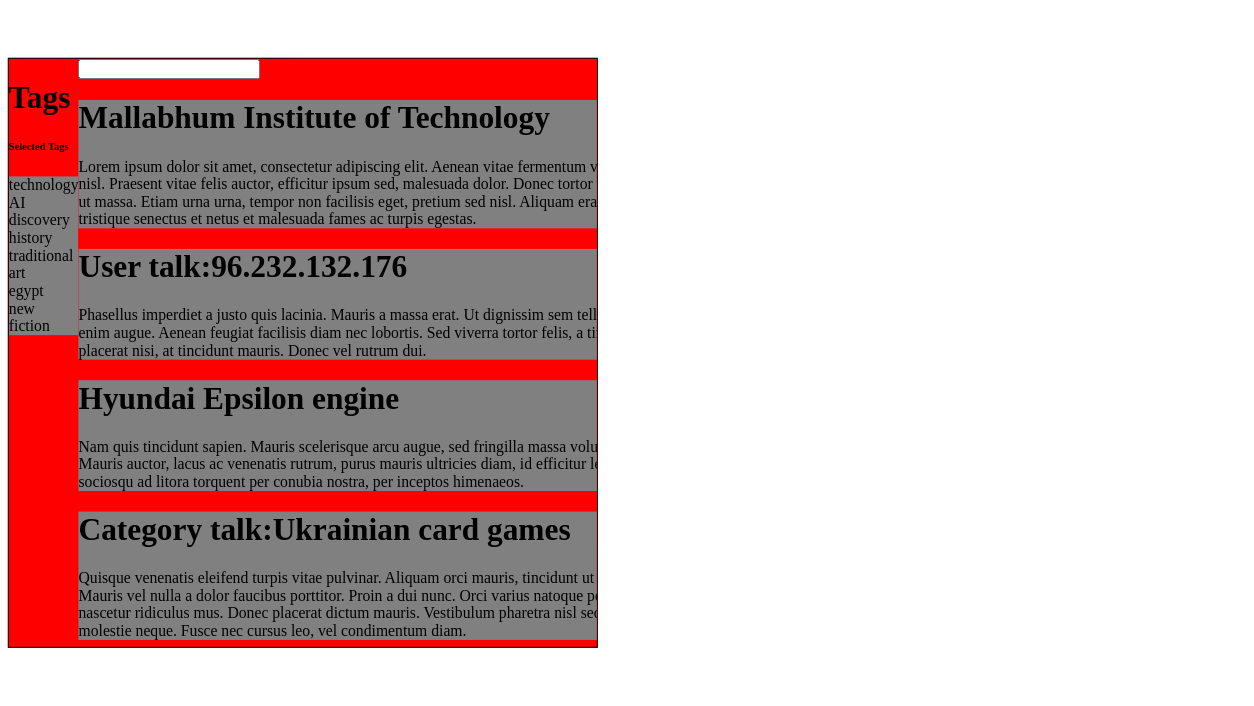
Repository: KelaiAffaf/bridger
Page: /
These files come from the project's save history. The page is drawn as it stood at one moment and after a run of saves; the edit follows.
The browser window is 1280 px wide. The pictures show the whole page, at 98% of full size.
The project was rebuilt for these pictures with package versions that can differ from the ones it lists, and the page was loaded fresh each time. Also part of the build but not shown: vite.config.js.

Above is the page before, as saved 2023-06-08 11:20:02.

### src/App.jsx
// eslint-disable-next-line no-unused-vars
import React, { useState } from "react";
import { data } from "./NewComponents/data.js";
import Tag from "./NewComponents/Tag";
import InfoBox from "./NewComponents/InfoBox";

function App() {


  const [value, setValue] = useState("");

  const getTags = (data) => {
    const tagsArray = [];

    data.forEach((user) => {
      user.tags.forEach((tag) => {
        if (!tagsArray.includes(tag)) {
          tagsArray.push(tag);
        }
      });
    });

    return tagsArray;
  };

  const uniqueTags = getTags(data);

  return (
    <div
    style={{
      display: "flex",
      justifyContent: "space-between",
      width: "600px",
      height: "600px",
      border: "1px solid black",
      backgroundColor: "red",
      overflow: "hidden",
      position: "absolute",
      top: "50%",
      transform: "translateY(-50%)"
    }}
      >
      <div>
        <h1>Tags</h1>
        <h6>Selected Tags</h6>
        <Tag tags={uniqueTags} />
      </div>

      <div
      style={{
        height: "500px",
        backgroundColor:"red"
      }}
      >
        <input onChange={(e) => setValue(e.target.value)} />
        {data &&
          data.map((user) => (
            <div key={user.id}>
              {(user.title.includes(value) ||
                user.content.includes(value)) && (
                <InfoBox title={user.title} body={user.content} />
              )}
            </div>
          ))}
      </div>
    </div>
  );
}

export default App;

### src/NewComponents/data.js
// articles
export const  data = [
    {
        "id": 1,
        "title": "Mallabhum Institute of Technology",
        "content": "Lorem ipsum dolor sit amet, consectetur adipiscing elit. Aenean vitae fermentum velit. In a pulvinar nibh. Vivamus eu eros nisl. Praesent vitae felis auctor, efficitur ipsum sed, malesuada dolor. Donec tortor tortor, sagittis sed maximus ac, euismod ut massa. Etiam urna urna, tempor non facilisis eget, pretium sed nisl. Aliquam erat volutpat. Pellentesque habitant morbi tristique senectus et netus et malesuada fames ac turpis egestas.",
        "tags": ["technology", "AI", "discovery"]
    },
    {
        "id": 2,
        "title": "User talk:96.232.132.176",
        "content": "Phasellus imperdiet a justo quis lacinia. Mauris a massa erat. Ut dignissim sem tellus, at aliquet nibh rutrum non. Donec at enim augue. Aenean feugiat facilisis diam nec lobortis. Sed viverra tortor felis, a tincidunt risus malesuada nec. Donec et placerat nisi, at tincidunt mauris. Donec vel rutrum dui.",
        "tags": ["history","technology", "traditional"]
    },
    {
        "id": 3,
        "title": "Hyundai Epsilon engine",
        "content": "Nam quis tincidunt sapien. Mauris scelerisque arcu augue, sed fringilla massa volutpat sit amet. Aenean vitae orci tellus. Mauris auctor, lacus ac venenatis rutrum, purus mauris ultricies diam, id efficitur lectus tortor sed urna. Class aptent taciti sociosqu ad litora torquent per conubia nostra, per inceptos himenaeos.",
        "tags": ["art","egypt"]
    },
    {
        "id": 4,
        "title": "Category talk:Ukrainian card games",
        "content": "Quisque venenatis eleifend turpis vitae pulvinar. Aliquam orci mauris, tincidunt ut sollicitudin sit amet, convallis quis orci. Mauris vel nulla a dolor faucibus porttitor. Proin a dui nunc. Orci varius natoque penatibus et magnis dis parturient montes, nascetur ridiculus mus. Donec placerat dictum mauris. Vestibulum pharetra nisl sed eros dictum tristique. Praesent ac molestie neque. Fusce nec cursus leo, vel condimentum diam.",
        "tags": ["discovery","history"]
    },
    {
        "id": 5,
        "title": "Pellentesque non vulputate dolor",
        "content": "Fusce aliquam scelerisque lorem, a gravida ante efficitur eu. Duis ultricies leo scelerisque ante lacinia, ac viverra elit aliquam. Nullam at faucibus nisl. Nunc fringilla in urna sed suscipit. Integer in ipsum lectus. Pellentesque non vulputate dolor, vel scelerisque sapien. Nulla facilisi. Duis at sodales lacus. In hac habitasse platea dictumst.",
        "tags": ["new","fiction"]
    }
  ]

### src/NewComponents/Tag.jsx
import React from 'react'

function Tag({tags}) {
  return (
   <div>
    <div
    style={{
      borderRedius: '5px',
      backgroundColor: 'grey',
    }}
    >
      {tags && tags.map(ele=><div >{ele}</div>)
    }
    </div>
   </div>
  )
}

export default Tag

### src/NewComponents/InfoBox.jsx
import React from 'react'

function InfoBox({title,body}) {
  return (
    <div
    style={{
      backgroundColor: 'grey',
      width :"800px"
    }}
    >
        <h1>{title}</h1>
        <p>{body} </p>
    </div>
  )
}

export default InfoBox

Loaded but not shown: index.html (common file); src/main.jsx (common file)

After the next 4 saves:
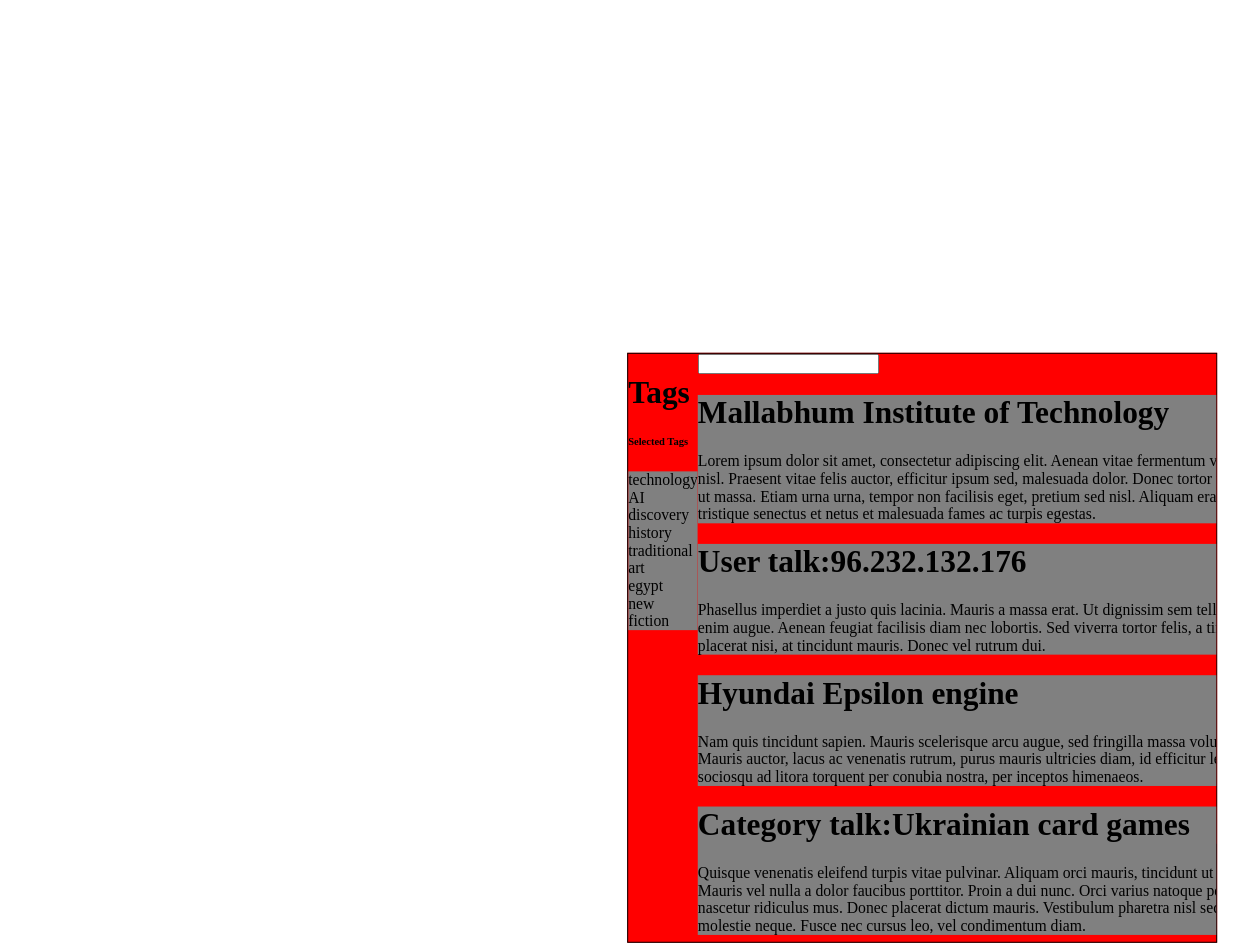
The 4 saves are shown as one change because they came seconds apart.
The last was saved 9 s later.
--- a/src/App.jsx
+++ b/src/App.jsx
@@ -37,7 +37,7 @@
       overflow: "hidden",
       position: "absolute",
       top: "50%",
-      transform: "translateY(-50%)"
+      left: "50%",
     }}
       >
       <div>
